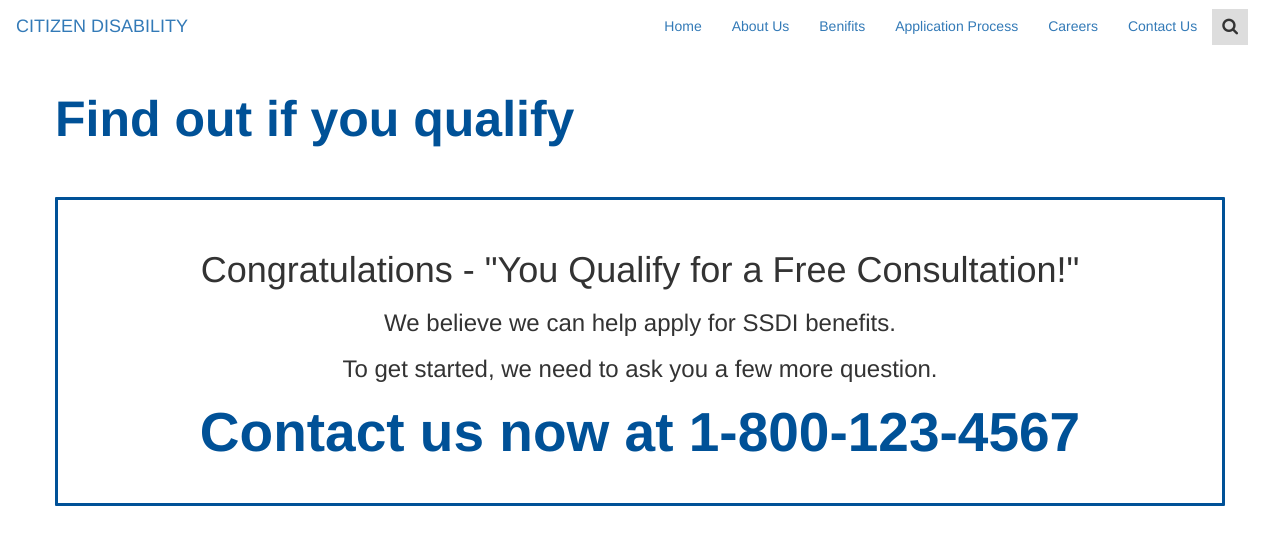
Repository: welcome0605/Embed-html-integrate-with-API
Page: Home2.html
These files come from the project's save history. The page is drawn as it stood at one moment and after the next save; the edit follows.
The browser window is 1280 px wide. The pictures show the whole page.

Above is the page before, as saved 2019-04-29 15:28:29.

After the next save:
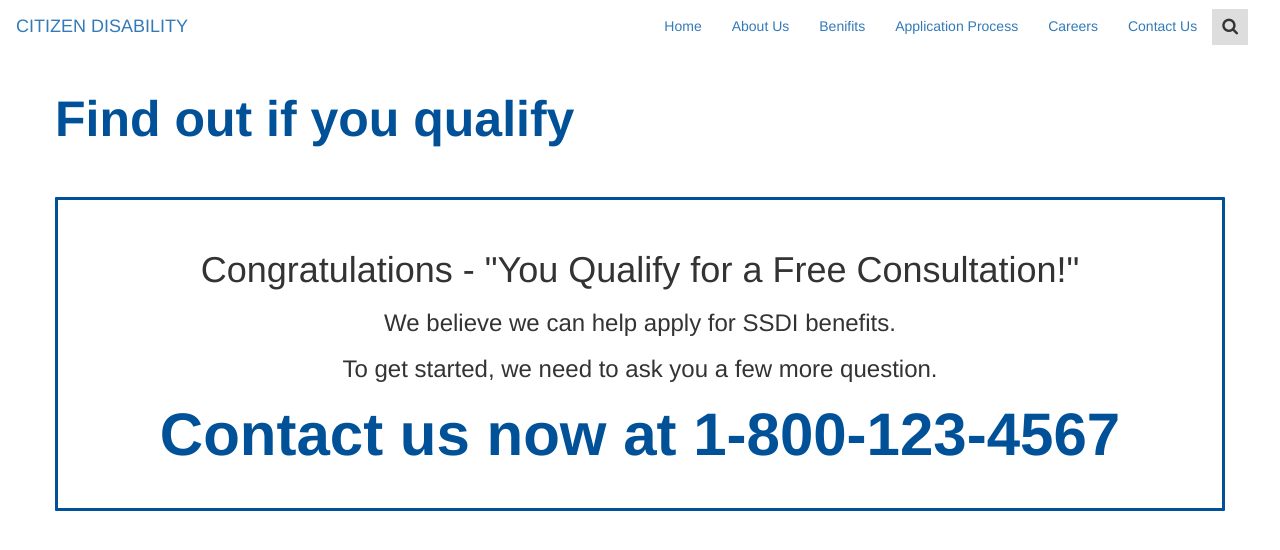
Saved 18 s later.
--- a/css/base2.css
+++ b/css/base2.css
@@ -60,6 +60,6 @@ navbar-default .navbar-nav>.active>a, .navbar-default .navbar-nav>.active>a:focu
 
 .contact {
     color: #005197;
-    font-size: 55px;
+    font-size: 60px;
     font-weight: bold;
 }
